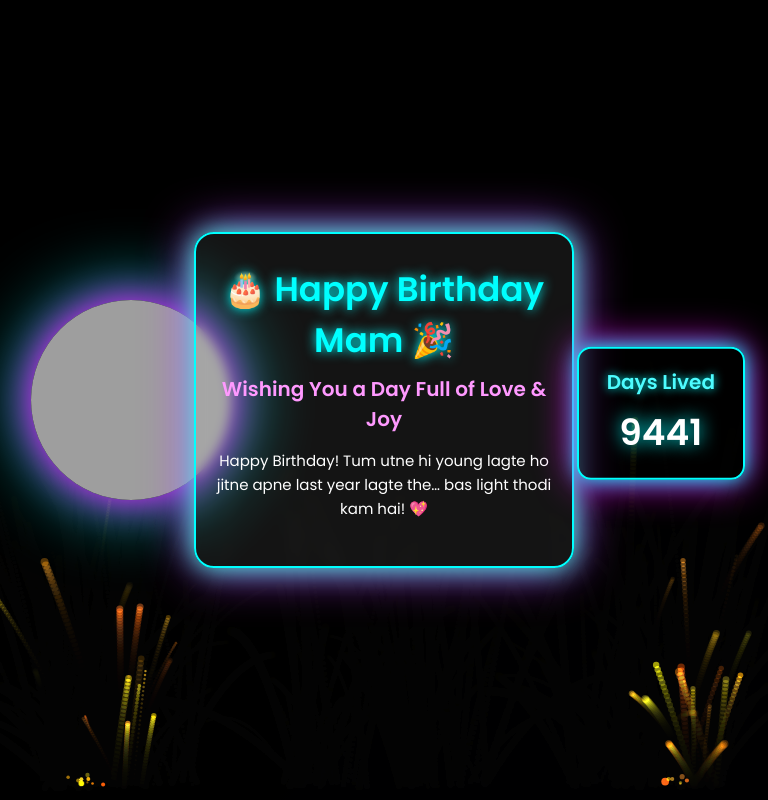
Repository: codex795/fashion-responsive
Page: biii.html
An editor plug-in stored every save of this project. The page is shown before and after the next save, followed by the edit.
The browser window is 768 px wide. The pictures show the whole page.
Pictures or frames that could not be fetched are drawn as grey boxes.

Above is the page before, as saved 2025-11-06 19:06:48.

### biii.html



<!DOCTYPE html>
<html lang="en">
<head>
  <meta charset="utf-8" />
  <meta name="viewport" content="width=device-width,initial-scale=1" />
  <title>Happy Birthday Mam 💖</title>
  <style>
    @import url('https://fonts.googleapis.com/css2?family=Poppins:wght@300;400;600&display=swap');

    :root{
      --primary:#00ffff;
      --accent:#ff00ff;
    }

    body{
      margin:0; padding:0; height:100vh;
      background: linear-gradient(135deg, #000000, #35003e, #004a7c);
      font-family:"Poppins",sans-serif;
      overflow:hidden; position:relative; color:white;
      display:flex; justify-content:center; align-items:center;
    }

    /* sparks canvas sits over background but behind content */
    #sparks{
      position:fixed;
      inset:0;
      z-index:0;
      pointer-events:none;
      display:block;
    }

    /* glowing circle with mam photo */
    .circle{
      position:absolute; width:250px; height:250px; border-radius:50%;
      overflow:hidden; left:8%; top:50%; transform:translateY(-50%);
      box-shadow: 0 0 40px var(--accent), 0 0 80px var(--primary);
      z-index:2;
    }
    .circle img{ width:100%; height:100%; object-fit:cover; object-position:center; display:block; }

    /* main card */
    .wrapper{
      width:420px; background: rgba(255,255,255,0.08);
      border: 2px solid var(--primary);
      border-radius:20px; padding:40px 24px; text-align:center;
      box-shadow:0 0 30px var(--primary), 0 0 60px var(--accent);
      backdrop-filter: blur(6px); animation: glow 3s ease-in-out infinite alternate;
      z-index:3; position:relative;
    }
    @keyframes glow{
      from{ box-shadow:0 0 20px var(--primary), 0 0 40px var(--accent); }
      to{ box-shadow:0 0 50px #ffff66, 0 0 80px var(--primary); }
    }
    .wrapper h1{ color:var(--primary); font-size:34px; margin:0 0 8px; text-shadow:0 0 12px var(--primary); }
    .wrapper h2{ color:#ff99ff; font-size:20px; margin:0 0 12px; }
    .wrapper p{ color:#fff; font-size:15px; line-height:1.6; }

    /* days box (right) */
    .days-box{
      position:absolute; top:50%; right:32%; transform:translateY(-260%);
      background: rgba(0,0,0,0.55); border:2px solid var(--primary);
      padding:18px 28px; border-radius:14px; color:var(--primary);
      text-align:center; box-shadow:0 0 20px var(--primary), 0 0 40px var(--accent);
      z-index:3;
    }
    .days-box h2{ font-size:20px; margin:0 0 8px; color:#4dfcff; text-shadow:0 0 10px var(--primary); }
    .days-box p{ font-size:36px; margin:0; color:#fff; font-weight:700; text-shadow:0 0 18px var(--primary); }

    /* small responsive tweak */
    @media (max-width:900px){
      .days-box{ right:3%; transform:translateY(-40%); }
      .wrapper{ width:340px; padding:30px 18px; }
      .circle{ left:4%; width:200px; height:200px; }
    }
  </style>
</head>
<body>

  <!-- Sparks Canvas (wire-cracker style) -->
  <canvas id="sparks"></canvas>

  <!-- glowing circle photo -->
  <div class="circle"><img src="logo/mam.jpg" alt="Mam photo"></div>

  <!-- birthday card -->
  <div class="wrapper">
    <h1>🎂 Happy Birthday Mam 🎉</h1>
    <h2>Wishing You a Day Full of Love & Joy</h2>
    <p>Happy Birthday! Tum utne hi young lagte ho jitne apne last year lagte the… bas light thodi kam hai! 💖</p>
  </div>

  <!-- right side 9131 days -->
  <div class="days-box">
    <h2>Days Lived</h2>
    <p id="days">9131</p>
  </div>

  <script>
    // days calculation (same as before)
    const birthDate = new Date("2000-01-01"); // change to mam's DOB
    const today = new Date();
    const daysLived = Math.floor((today - birthDate) / (1000*60*60*24));
    document.getElementById('days').textContent = daysLived;

    /* ---------------------------
       Sparks / Wire-cracker effect
       small particle system — lightweight
       --------------------------- */
    const canvas = document.getElementById('sparks');
    const ctx = canvas.getContext('2d');
    let W = canvas.width = window.innerWidth;
    let H = canvas.height = window.innerHeight;

    window.addEventListener('resize', () => {
      W = canvas.width = window.innerWidth;
      H = canvas.height = window.innerHeight;
    });

    // particle class
    class Spark {
      constructor(x, y){
        this.x = x;
        this.y = y;
        this.vx = (Math.random() - 0.5) * 1.6;        // horizontal drift
        this.vy = - (1 + Math.random() * 3.2);        // upwards
        this.life = 60 + Math.random() * 40;         // frames
        this.size = 1 + Math.random() * 2.3;
        this.hue = 10 + Math.random() * 50;          // warm tone
        this.alpha = 1;
      }
      update(){
        this.x += this.vx;
        this.y += this.vy;
        this.vy += 0.03; // gravity (slows upward motion)
        this.life--;
        this.alpha = Math.max(0, this.life / 100);
      }
      draw(){
        ctx.beginPath();
        // warm yellow/orange to pinkish
        ctx.fillStyle = `hsla(${this.hue}, 100%, ${50 + Math.random()*10}%, ${this.alpha})`;
        ctx.arc(this.x, this.y, this.size, 0, Math.PI*2);
        ctx.fill();
      }
    }

    // continuous emitter along bottom-sides to mimic crackers
    const sparks = [];
    let emitCounter = 0;

    function spawnSparksBurst(cx, count=18){
      for(let i=0;i<count;i++){
        const s = new Spark(cx + (Math.random()-0.5)*40, H - 20 + (Math.random()*10));
        // add a bit more horizontal velocity for bursts
        s.vx += (Math.random()-0.5) * 3;
        s.vy = - (2 + Math.random() * 4);
        s.size = 1 + Math.random()*3;
        s.life = 40 + Math.random()*60;
        s.hue = 20 + Math.random()*40;
        sparks.push(s);
      }
    }

    // periodic tiny sparks along bottom to mimic cracklers
    function emitLoop(){
      emitCounter++;
      // every ~20 frames spawn small clusters at random left/right bottom positions
      if(emitCounter % 25 === 0){
        // left side
        spawnSparksBurst(60 + Math.random()*80, 8 + Math.floor(Math.random()*6));
        // right side
        spawnSparksBurst(W - (60 + Math.random()*80), 6 + Math.floor(Math.random()*6));
      }
      // occasionally center burst
      if(emitCounter % 180 === 0){
        spawnSparksBurst(W/2 + (Math.random()-0.5)*100, 28 + Math.floor(Math.random()*30));
      }
    }

    // drawing loop
    function loop(){
      requestAnimationFrame(loop);
      // subtle fade to create trails
      ctx.globalCompositeOperation = 'source-over';
      ctx.fillStyle = 'rgba(0,0,0,0.15)'; // adjust alpha for longer/shorter trails
      ctx.fillRect(0,0,W,H);

      // additive for bright sparks
      ctx.globalCompositeOperation = 'lighter';

      // update/draw sparks
      for(let i = sparks.length-1; i >= 0; i--){
        const s = sparks[i];
        s.update();
        s.draw();
        if(s.life <= 0 || s.y > H + 20) sparks.splice(i,1);
      }

      emitLoop();
    }

    // start with a few bursts so background isn't empty
    for(let i=0;i<4;i++){
      spawnSparksBurst(60 + i*120, 10 + Math.floor(Math.random()*10));
      spawnSparksBurst(W - (60 + i*120), 8 + Math.floor(Math.random()*10));
    }

    loop();

    // optional: click to add a bright burst (like a wirecracker hit)
    window.addEventListener('click', (e) => {
      spawnSparksBurst(e.clientX, 40 + Math.floor(Math.random()*40));
    });
  </script>
</body>
</html>

After the next save:
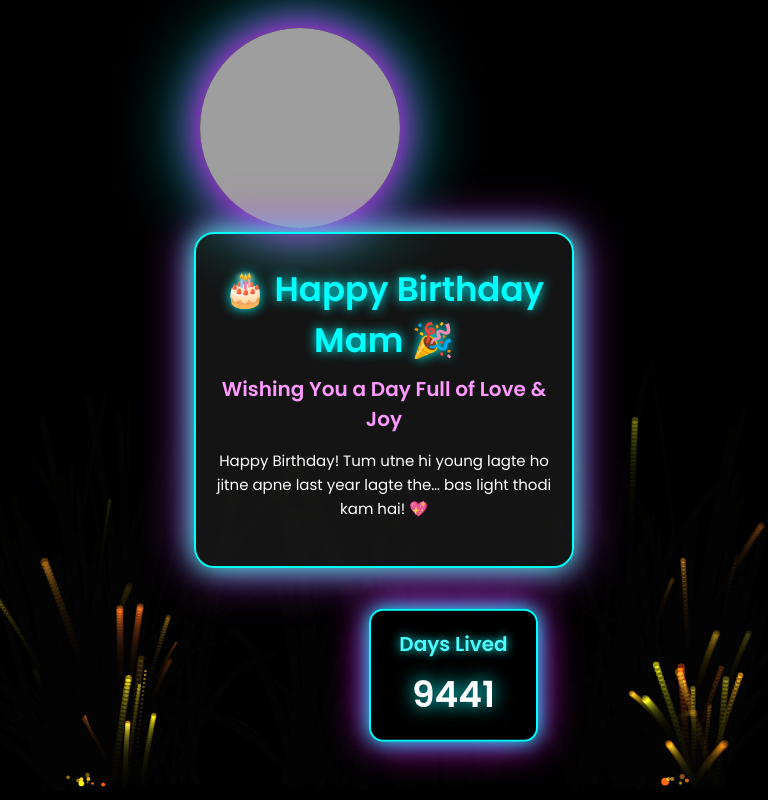
Saved 10 min 30 s later.
--- a/biii.html
+++ b/biii.html
@@ -60,7 +60,7 @@
 
     /* days box (right) */
     .days-box{
-      position:absolute; top:50%; right:32%; transform:translateY(-260%);
+      position:absolute; top:50%; right:8%; transform:translateY(-50%);
       background: rgba(0,0,0,0.55); border:2px solid var(--primary);
       padding:18px 28px; border-radius:14px; color:var(--primary);
       text-align:center; box-shadow:0 0 20px var(--primary), 0 0 40px var(--accent);
@@ -71,9 +71,9 @@
 
     /* small responsive tweak */
     @media (max-width:900px){
-      .days-box{ right:3%; transform:translateY(-40%); }
+      .days-box{ right:30%; transform:translateY(157%); }
       .wrapper{ width:340px; padding:30px 18px; }
-      .circle{ left:4%; width:200px; height:200px; }
+      .circle{ left:26%; width:200px; height:200px; top: 16vh; }
     }
   </style>
 </head>
